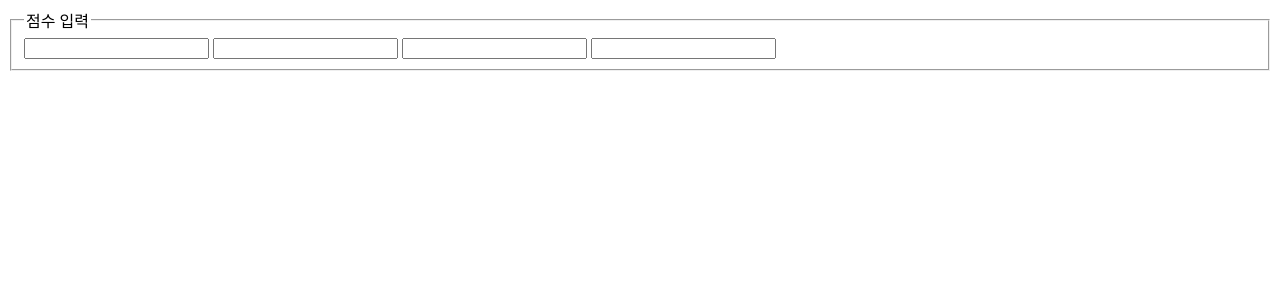
Repository: BosuMamemon/JSP_work
Page: http://localhost/JSP_Project/exam/scoreInput.jsp
These files come from the project's save history. The page is drawn as it stood at one moment and after the next save; the edit follows.
The browser window is 1280 px wide. The pictures show the whole page.
The page is served by Tomcat 9.

Above is the page before, as saved 2025-02-27 01:50:32.

After the next save:
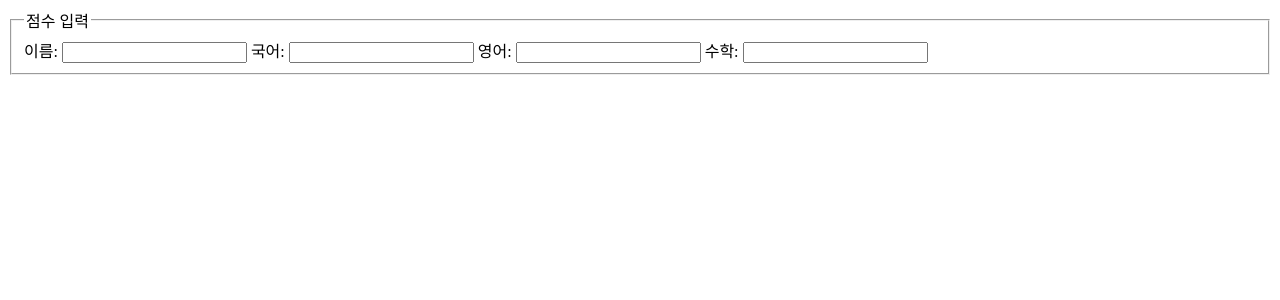
Saved 67 s later.
--- a/workspace/JSP_Project/src/main/webapp/exam/scoreInput.jsp
+++ b/workspace/JSP_Project/src/main/webapp/exam/scoreInput.jsp
@@ -12,9 +12,16 @@
 			<fieldset>
 				<legend>점수 입력</legend>
 
+				<label for='name'>이름: </label>
 				<input type='text' id='name' name='name'>
+
+				<label for='kor'>국어: </label>
 				<input type='text' id='kor' name='kor'>
+
+				<label for='eng'>영어: </label>
 				<input type='text' id='eng' name='eng'>
+
+				<label for='math'>수학: </label>
 				<input type='text' id='math' name='math'>
 			</fieldset>
 		</form>
